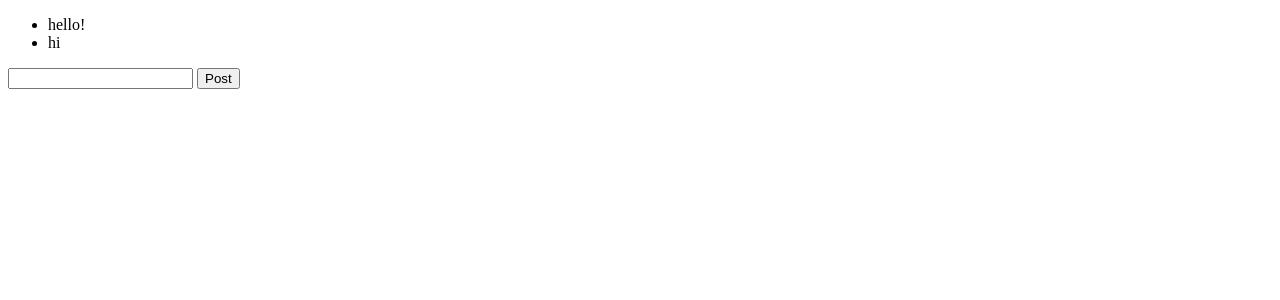
Repository: ponchanx/basic_php_webdev-master
Page: http://localhost/work/web/index.php
The author's editor kept a copy of each file at every save. The page is drawn from the files as they stood at one save, then again after a run of saves.
The browser window is 1280 px wide. The pictures show the whole page.
The page is run by PHP 8.4 with error messages shown; the project is at /var/www/html/.

Above is the page before, as saved 2022-02-18 18:06:30.

After the next 2 saves:
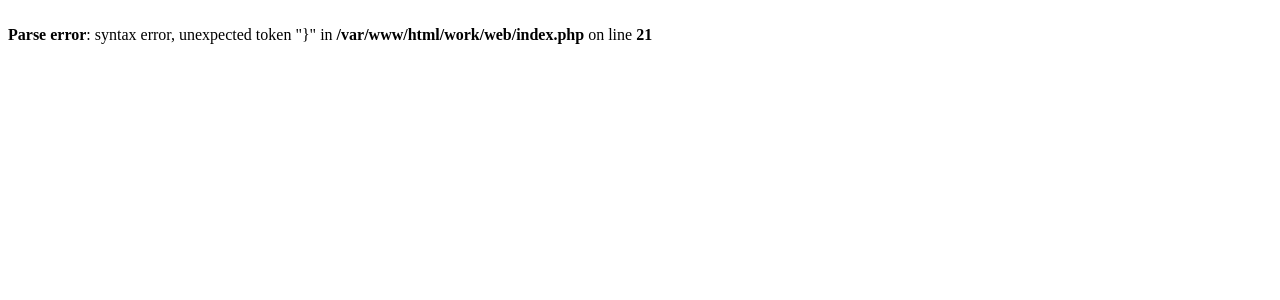
The 2 saves are shown as one change because they came seconds apart.
The last was saved 17 s later.
--- a/work/web/index.php
+++ b/work/web/index.php
@@ -16,6 +16,7 @@ if ($_SERVER['REQUEST_METHOD'] === 'POST') {
   fclose($fp);
 
   header('Location: http://localhost:8080/result.php');
+  exit
 
 }
 
